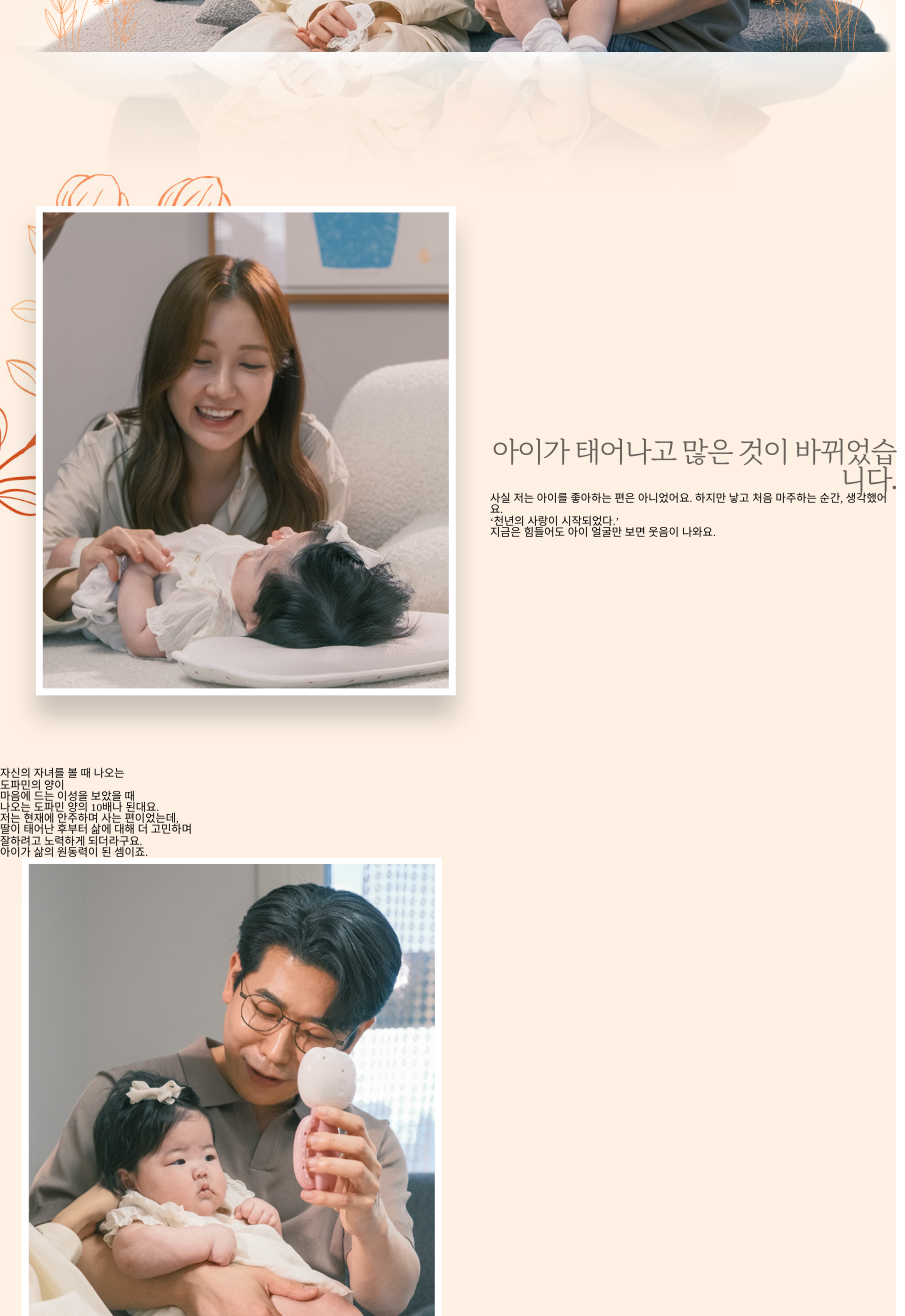
Repository: dlgywls1130/saveTheChildren
Page: index.html
The author's editor kept a copy of each file at every save. The page is drawn from the files as they stood at one save, then again after a run of saves.
The browser window is 1280 px wide. The page is 1293 px wide, so the pictures cover 1293 px, including what lies to the right of the window. The pictures show the part of the page from y = 2868 to 4748 px (the page is 10685 px tall before and 10571 px after), at 70% of full size.
Some web fonts or font styles are not loaded; a fallback is used. The style sheet was rebuilt from its Sass, Less or Tailwind sources for each picture, by a compiler version that may differ from the author's.

Above is the page before, as saved 2024-11-01 22:26:09.

After the next 2 saves:
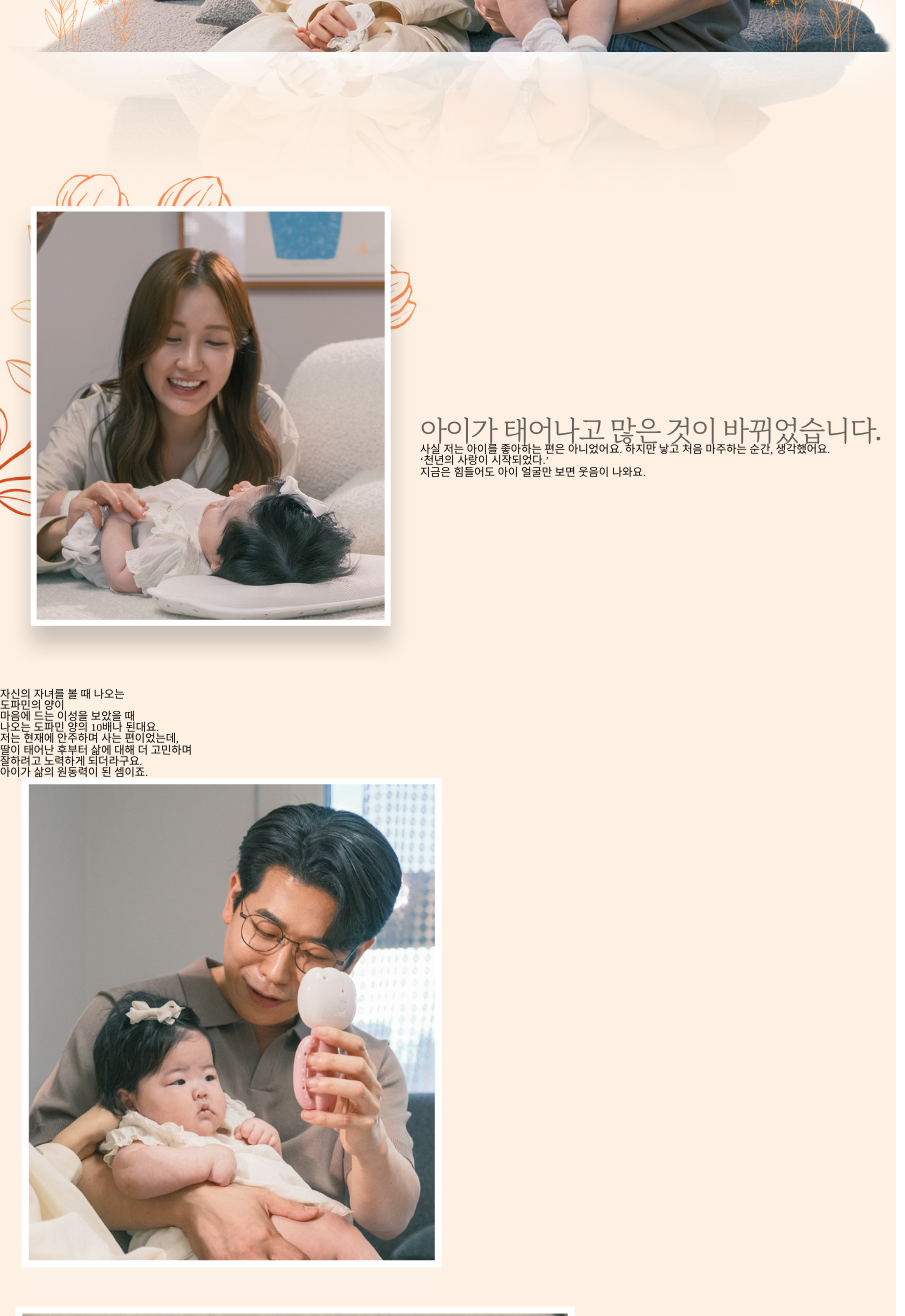
The 2 saves are shown as one change because they came seconds apart.
The last was saved 74 s later.
--- a/css/common.scss
+++ b/css/common.scss
@@ -458,16 +458,18 @@ $sides: (
                 display: flex;
                 align-items: center;
 
+                .story_image{
+                    width: 600px;
+                    height: auto;
+                    img{
+                        width: 100%;
+                        height: 100%;
+
+                    }
+                }
+
                 .story_text-contain{
-                    .story_image{
-                        width: 400px;
-                        height: auto;
-                        img{
-                            width: 100%;
-                            height: 100%;
-
-                        }
-                    }
+
 
                     .story_text_01{
                         text-align: right;
